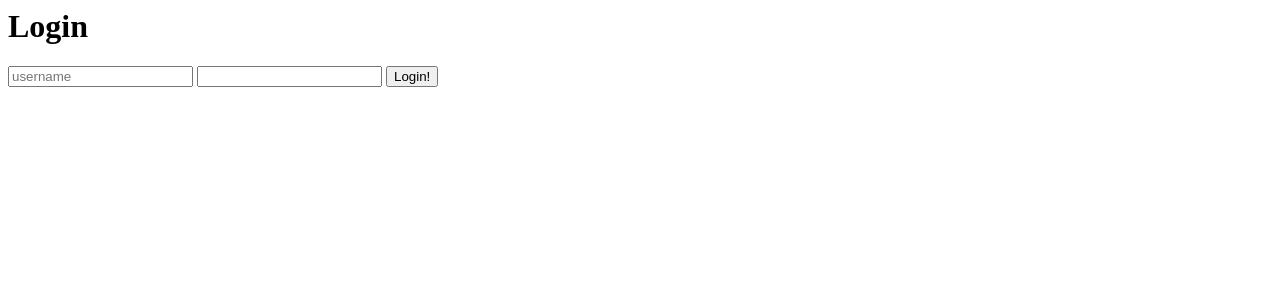
Repository: msuzuki23/AWS-Cloud9-YelpCamp
Page: http://localhost/login
The author's editor kept a record of every edit. The page is drawn from the files as they stood at one moment, then again after a run of edits.
The browser window is 1280 px wide. The pictures show the whole page.
Some web libraries are served in a nearby version. The page is served by the project's Node server (YelpCamp/app.js).

Above is the page before.

After the next 4 edits:
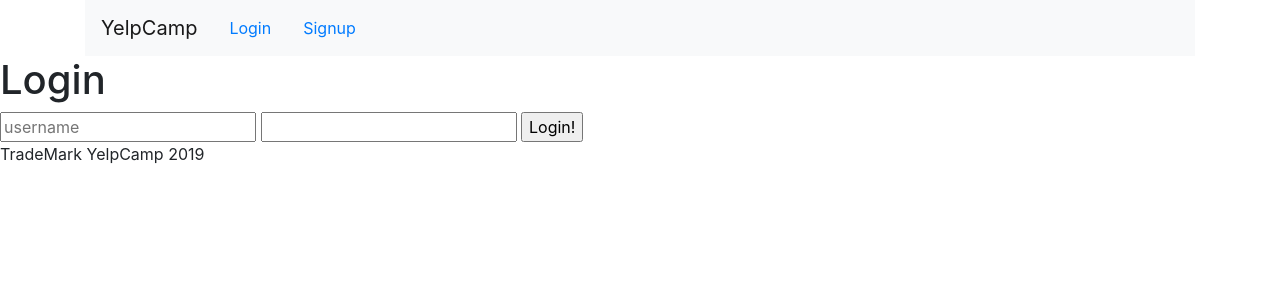
The 4 edits are shown as one change because 3 did not build or start.
The edit:
--- a/YelpCamp/views/login.ejs
+++ b/YelpCamp/views/login.ejs
@@ -1,7 +1,11 @@
+<% include ./partials/header %>
+
 <h1>Login</h1>
 
-<form action= method="POST">
+<form action="login" method="POST">
     <input type="text" name="username" placeholder="username">
     <input type="password" name="password" placeholde="password">
     <input type="submit" value="Login!">
 </form>
+
+<% include ./partials/footer %>
